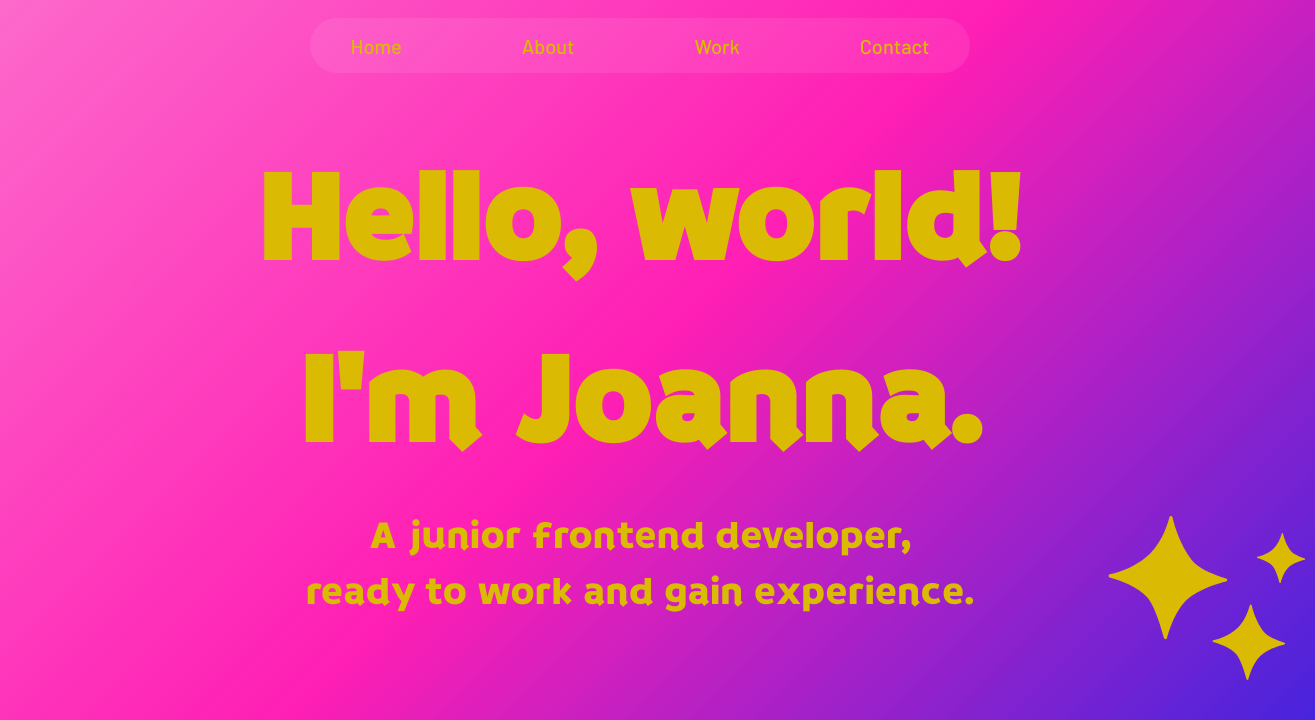
Repository: JJonka/portfolio_site
Page: /
The author's editor kept a copy of each file at every save. The page is drawn from the files as they stood at one save, then again after the next save.
The browser window is 1280 px wide. The page is 1315 px wide, then 1290 px, so the pictures cover 1315 px, including what lies to the right of the window. The pictures show the whole page.
The project was rebuilt for these pictures with package versions that can differ from the ones it lists, and the page was loaded fresh each time. Also part of the build but not shown: vite.config.ts, src/components/EndOfSection.module.scss, src/components/EndOfSection.tsx, src/pages/About.tsx, src/components/LogoIcon.module.scss, src/components/LogoIcon.tsx, src/pages/Contact.tsx, src/pages/Work.module.scss and 1 more.

Above is the page before, as saved 2023-10-08 12:30:30.

After the next save:
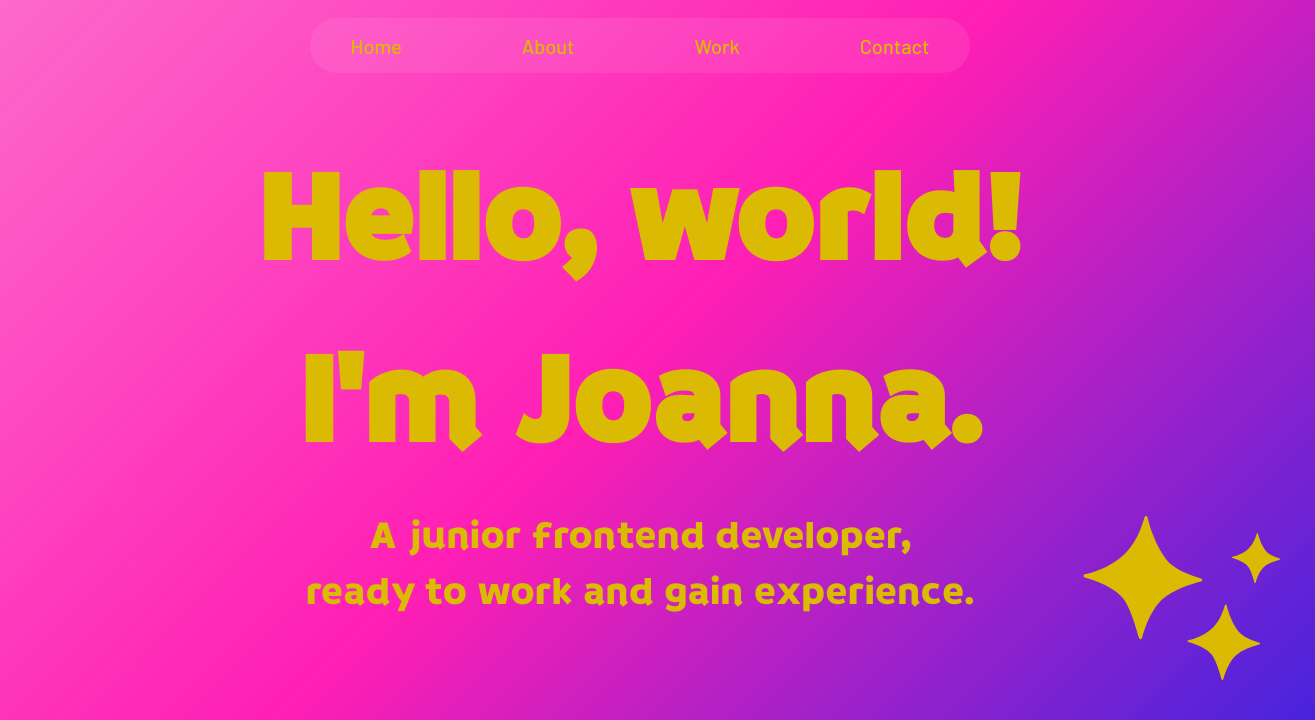
Saved 5 s later.
--- a/src/pages/HomePage.module.scss
+++ b/src/pages/HomePage.module.scss
@@ -43,7 +43,7 @@
     flex-direction: column;
     align-items: center;
     position: relative;
-    width: 1350px;
+    width: 1300px;
     height: 700px;
 }
 
